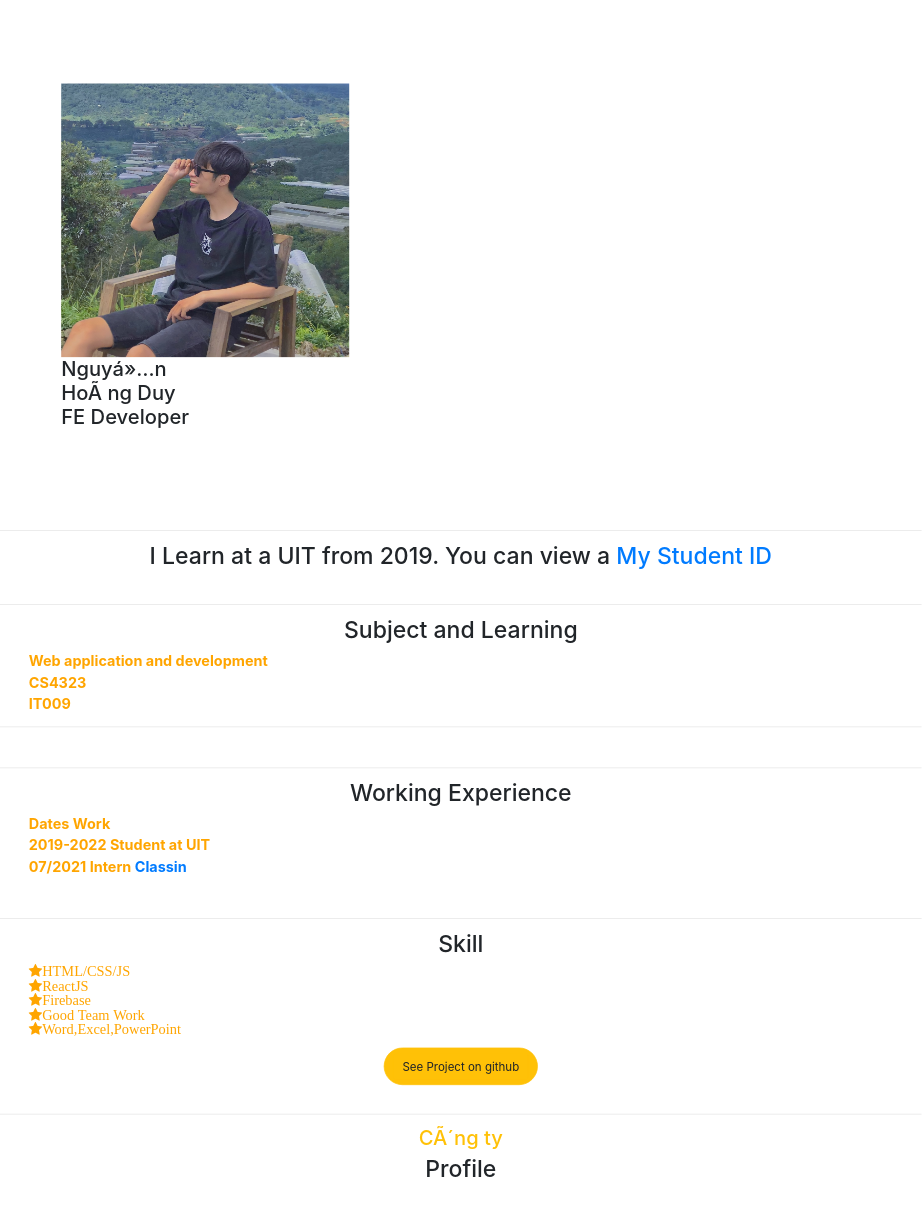
Repository: HoangDuy315/HW_TVK
Page: cv.html
The author's editor kept a copy of each file at every save. The page is drawn from the files as they stood at one save, then again after the next save.
The browser window is 1280 px wide. The pictures show the whole page, at 72% of full size.

Above is the page before, as saved 2022-09-25 17:50:15.

After the next save:
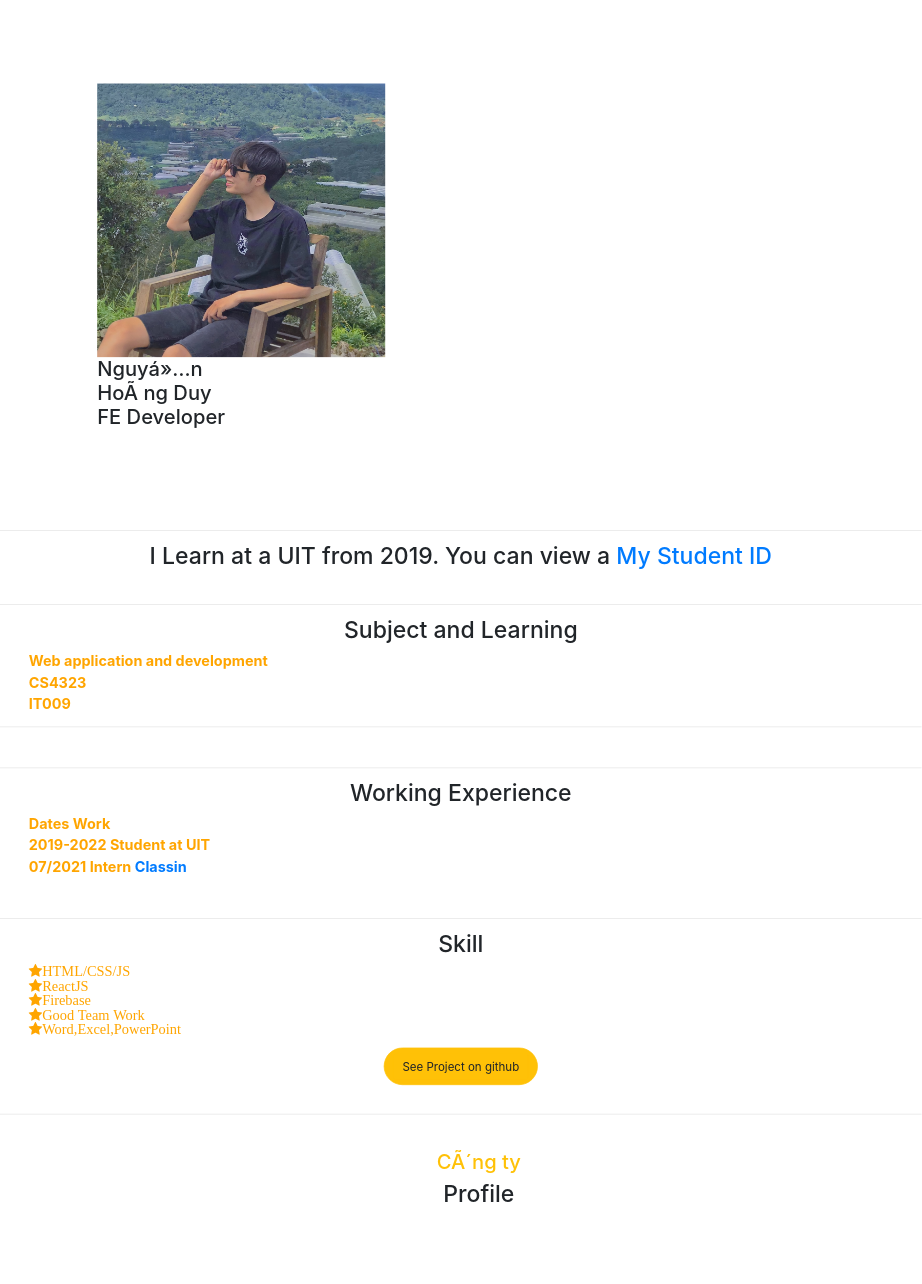
Saved 2 min 3 s later.
--- a/cv.css
+++ b/cv.css
@@ -7,6 +7,15 @@ body {
     justify-content: center;
     align-items: center;
     min-height: 100vh;
+}
+
+.container {
+    position: relative;
+    width: 100%;
+    max-width: 1000px;
+    background: #fff;
+    margin: 50px;
+    border-left: 50px solid #fff;
 }
 
 .duy {
